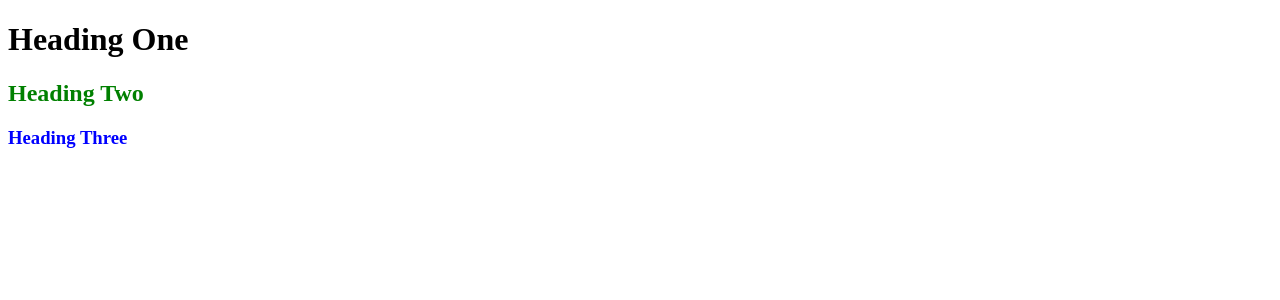
Repository: andiausrust/css-traversy
Page: css-basics/01_basic.html
These files come from the project's save history. The page is drawn as it stood at one moment and after the next save; the edit follows.
The browser window is 1280 px wide. The pictures show the whole page.

Above is the page before, as saved 2020-08-18 20:39:49.

After the next save:
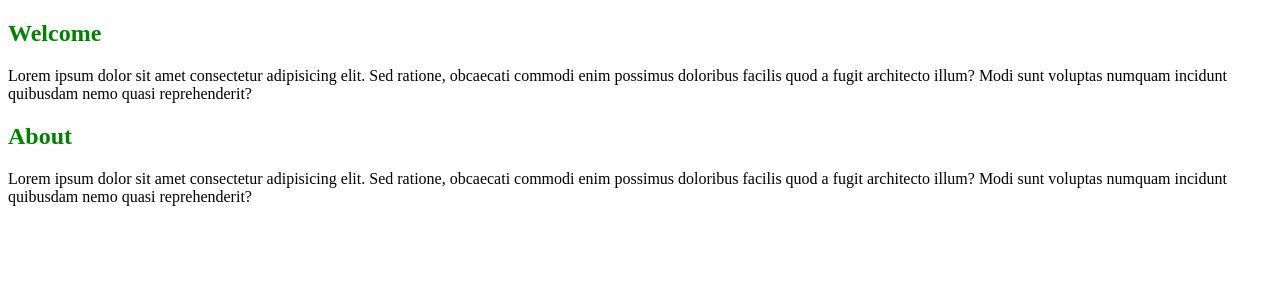
Saved 7 min 47 s later.
--- a/css-basics/01_basic.html
+++ b/css-basics/01_basic.html
@@ -4,7 +4,7 @@
         <meta charset="UTF-8" />
         <meta name="viewport" content="width=device-width, initial-scale=1.0" />
         <link rel="stylesheet" href="../css-basics/css/style.css" />
-        <title>Implementing CSS</title>
+        <title>CSS Selectors</title>
         <style>
             h2 {
                 color: green;
@@ -12,8 +12,22 @@
         </style>
     </head>
     <body>
-        <h1>Heading One</h1>
-        <h2>Heading Two</h2>
-        <h3>Heading Three</h3>
+        <div>
+            <h2>Welcome</h2>
+            <p><div>Lorem ipsum dolor sit amet consectetur
+                adipisicing elit. Sed ratione, obcaecati commodi enim
+                possimus doloribus facilis quod a fugit architecto illum?
+                Modi sunt voluptas numquam incidunt quibusdam nemo quasi
+                reprehenderit?</div></p>
+        </div>
+    <body>
+        <div>
+            <h2>About</h2>
+            <p><div>Lorem ipsum dolor sit amet consectetur
+                adipisicing elit. Sed ratione, obcaecati commodi enim
+                possimus doloribus facilis quod a fugit architecto illum?
+                Modi sunt voluptas numquam incidunt quibusdam nemo quasi
+                reprehenderit?</div></p>
+        </div>
     </body>
 </html>
